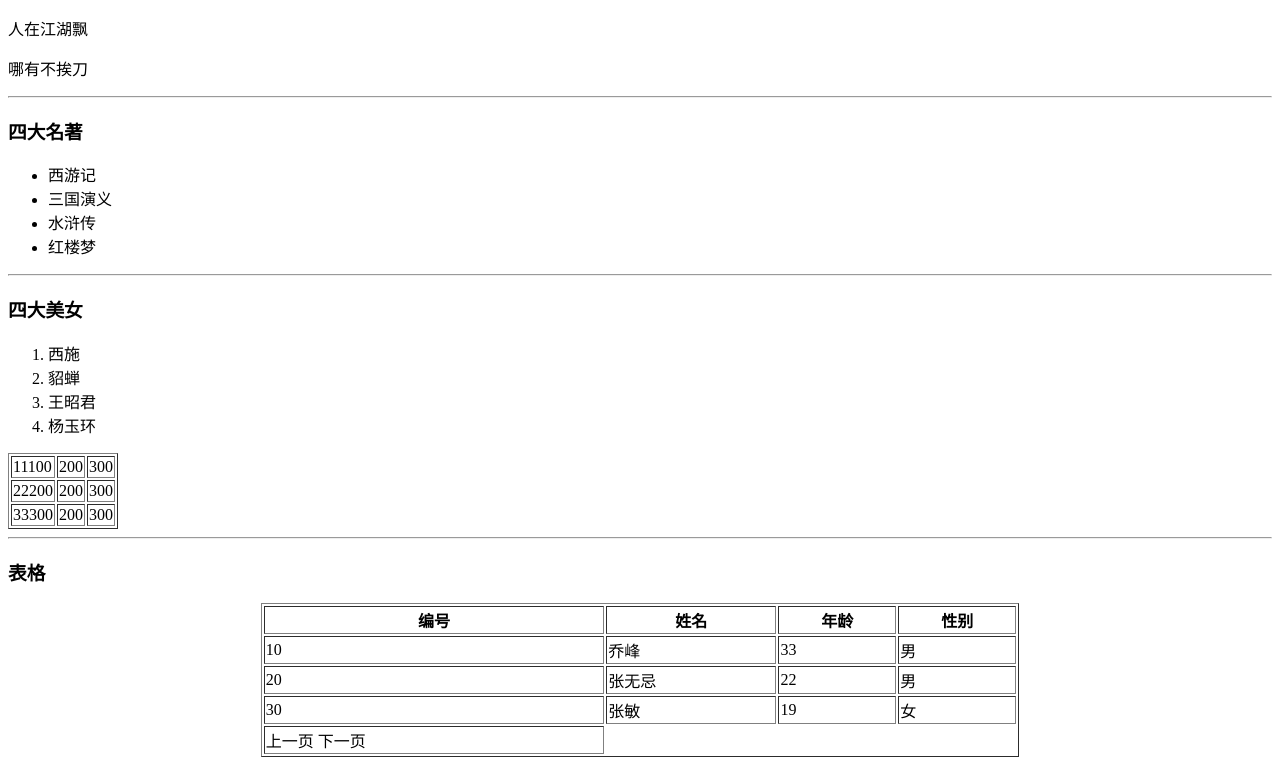
Repository: qyl1006/JavaApps
Page: workspace/html/WebContent/hello/index.html
An editor plug-in stored every save of this project. The page is shown before and after the next save, followed by the edit.
The browser window is 1280 px wide. The pictures show the whole page.

Above is the page before, as saved 2018-02-07 08:18:55.

### workspace/html/WebContent/hello/index.html
<!DOCTYPE html PUBLIC "-//W3C//DTD HTML 4.01 Transitional//EN" "http://www.w3.org/TR/html4/loose.dtd">
<html>
<head>
<meta http-equiv="Content-Type" content="text/html; charset=UTF-8">
<title>Insert title here</title>
</head>
<body>
	<p>人在江湖飘</p>
	<p>哪有不挨刀</p>
	<hr />
	<h3>四大名著</h3>
	<ul>
		<li>西游记</li>
		<li>三国演义</li>
		<li>水浒传</li>
		<li>红楼梦</li>
	</ul>

	<hr />
	<h3>四大美女</h3>
	<ol>
		<li>西施</li>
		<li>貂蝉</li>
		<li>王昭君</li>
		<li>杨玉环</li>
	</ol>

	<table border="1">
		<tr>
			<td>11100</td>
			<td>200</td>
			<td>300</td>
		</tr>
		<tr>
			<td>22200</td>
			<td>200</td>
			<td>300</td>
		</tr>
		<tr>
			<td>33300</td>
			<td>200</td>
			<td>300</td>
		</tr>
	</table>

	<hr />
	<h3>表格</h3>
	<table align="center" border="1" width="60%">
		<tr>
			<th>编号</th>
			<th>姓名</th>
			<th>年龄</th>
			<th>性别</th>
		</tr>
		<tr>
			<td>10</td>
			<td>乔峰</td>
			<td>33</td>
			<td>男</td>
		</tr>
		<tr>
			<td>20</td>
			<td>张无忌</td>
			<td>22</td>
			<td>男</td>
		</tr>
		<tr>
			<td>30</td>
			<td>张敏</td>
			<td>19</td>
			<td>女</td>
		</tr>
		<tr>
			<td>上一页  下一页</td>
		</tr>

	</table>

</body>
</html>

After the next save:
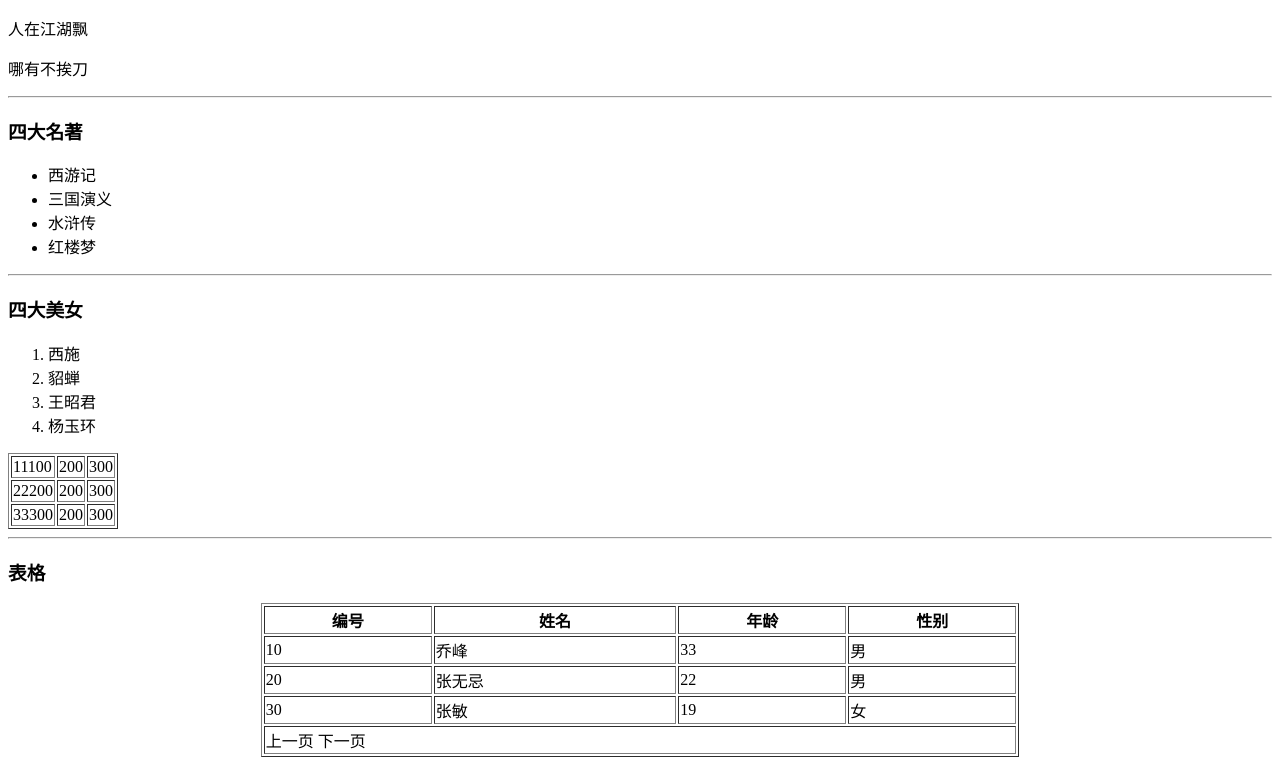
Saved 48 s later.
--- a/workspace/html/WebContent/hello/index.html
+++ b/workspace/html/WebContent/hello/index.html
@@ -71,7 +71,7 @@
 			<td>女</td>
 		</tr>
 		<tr>
-			<td>上一页  下一页</td>
+			<td colspan="4">上一页  下一页</td>
 		</tr>
 
 	</table>
